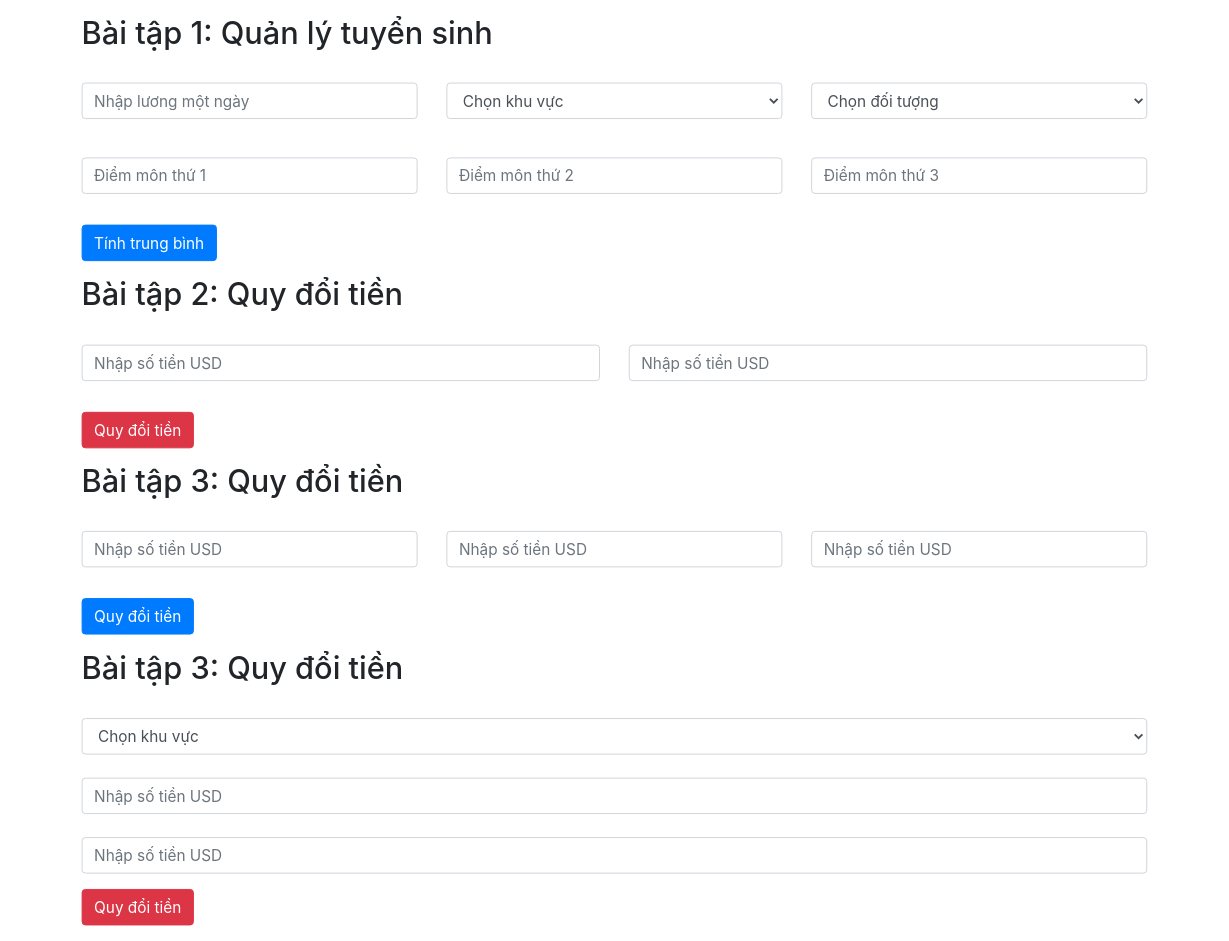
Repository: thanhfrankie/BC10-LeMinhThanh-Js-b5
Page: index.html
The author's editor kept a copy of each file at every save. The page is drawn from the files as they stood at one save, then again after a run of saves.
The browser window is 1280 px wide. The pictures show the whole page, at 96% of full size.

Above is the page before, as saved 2023-12-15 17:38:18.

### index.html
<!doctype html>
<html lang="en">
  <head>
    <title>Title</title>
    <!-- Required meta tags -->
    <meta charset="utf-8">
    <meta name="viewport" content="width=device-width, initial-scale=1, shrink-to-fit=no">

    <!-- Bootstrap CSS -->
    <link rel="stylesheet" href="https://stackpath.bootstrapcdn.com/bootstrap/4.3.1/css/bootstrap.min.css" integrity="sha384-ggOyR0iXCbMQv3Xipma34MD+dH/1fQ784/j6cY/iJTQUOhcWr7x9JvoRxT2MZw1T" crossorigin="anonymous">
  </head>
  <body>
   <!-- Bài tập 1 -->
   <div class="container ">
    <h2 class="mt-3">Bài tập 1: Quản lý tuyển sinh</h2>
    <div class="row">
        <div class="col-sm-4">
            <div class="form-group">
                <label for="luong-mot-ngay"></label>
                <input
                  type="number"
                  class="form-control"
                  name=""
                  id="luong-mot-ngay"
                  aria-describedby="helpId"
                  placeholder="Nhập lương một ngày"
                  required
                />
        </div>
    </div>
        <div class="col-sm-4">
            <div class="form-group">
                <label for=""></label>
                <select class="form-control" id="">
                    <option selected>Chọn khu vực</option>
                    <option>A</option>
                    <option>B</option>
                    <option>C</option>
                </select>
            </div>
        </div>
        <div class="col-sm-4">
            <div class="form-group">
                <label for=""></label>
                <select class="form-control" id="">
                    <option selected>Chọn đối tượng</option>
                    <option>1</option>
                    <option>2</option>
                    <option>3</option>
                </select>
            </div>
        </div>
    </div>
   <div class="row">
        <div class="col-sm-4">
            <div class="form-group">
                <label for="diem-mon-thu-1"></label>
                <input
                  type="number"
                  class="form-control"
                  name=""
                  id="diem-mon-thu-1"
                  aria-describedby="helpId"
                  placeholder="Điểm môn thứ 1"
                  required
                />
        </div>
        </div>
        <div class="col-sm-4">
            <div class="form-group">
                <label for="diem-mon-thu-2"></label>
                <input
                  type="number"
                  class="form-control"
                  name=""
                  id="diem-mon-thu-2"
                  aria-describedby="helpId"
                  placeholder="Điểm môn thứ 2"
                  required
                />
        </div>
        </div>
        <div class="col-sm-4">
            <div class="form-group">
                <label for="diem-mon-thu-3"></label>
                <input
                  type="number"
                  class="form-control"
                  name=""
                  id="diem-mon-thu-3"
                  aria-describedby="helpId"
                  placeholder="Điểm môn thứ 3"
                  required
                />
        </div>
        </div>
    </div>
    <button type="button" onclick="tinhTrungBinh()" class="btn btn-primary mt-3">
        Tính trung bình
      </button>
      <h3 id="ket-qua-trung-binh" class="text-success"></h3>
</div>
       <!-- Bài tập 2 -->
       <div class="container">
        <h2 class="mt-3">Bài tập 2: Quy đổi tiền</h2>
        <div class="row">
            <div class="col-sm-6">
                <div class="form-group">
                    <label for="so-luong-USD"></label>
                    <input
                      type="number"
                      class="form-control"
                      name=""
                      id="so-luong-USD"
                      aria-describedby="helpId"
                      placeholder="Nhập số tiền USD"
                      required
                    />


                  </div>
            </div>
            <div class="col-sm-6">
                <div class="form-group">

                    <label for="so-luong-USD"></label>
                    <input
                      type="number"
                      class="form-control"
                      name=""
                      id="so-luong-USD"
                      aria-describedby="helpId"
                      placeholder="Nhập số tiền USD"
                      required
                    />


            </div>
        </div>
    </div>
    <button type="button" onclick="quyDoiTien()" class="btn btn-danger mt-3">  Quy đổi tiền
    </button>

        <h3 id="so-luong-VND" class="text-success"></h3>
      </div>
        <!-- Bài tập 3-->
        <div class="container">
            <h2 class="mt-3">Bài tập 3: Quy đổi tiền</h2>
            <div class="row">
                <div class="col-sm-4">    <div class="form-group">
                    <label for="so-luong-USD"></label>
                    <input
                      type="text"
                      class="form-control"
                      name=""
                      id="so-luong-USD"
                      aria-describedby="helpId"
                      placeholder="Nhập số tiền USD"
                      required
                    />

                </div></div>
                <div class="col-sm-4">    <div class="form-group">

                  <label for="so-luong-USD"></label>
                  <input
                    type="number"
                    class="form-control"
                    name=""
                    id="so-luong-USD"
                    aria-describedby="helpId"
                    placeholder="Nhập số tiền USD"
                    required
                  />

                </div></div>
                <div class="col-sm-4">    <div class="form-group">

                  <label for="so-luong-USD"></label>
                  <input
                    type="number"
                    class="form-control"
                    name=""
                    id="so-luong-USD"
                    aria-describedby="helpId"
                    placeholder="Nhập số tiền USD"
                    required
                  />


            </div></div>
        </div>
        <button type="button" onclick="quyDoiTien()" class="btn btn-primary mt-3">
            Quy đổi tiền
        </button>
            <h3 id="so-luong-VND" class="text-success"></h3>
          </div>
        <!-- Bài tập 4-->
        <div class="container">
            <h2 class="mt-3">Bài tập 3: Quy đổi tiền</h2>

            <div class="form-group">
                <label for=""></label>
                <select class="form-control" id="">
                    <option selected>Chọn khu vực</option>
                    <option>A</option>
                    <option>B</option>
                    <option>C</option>
                </select>
                <label for="so-luong-USD"></label>
                <input
                  type="text"
                  class="form-control"
                  name=""
                  id="so-luong-USD"
                  aria-describedby="helpId"
                  placeholder="Nhập số tiền USD"
                  required
                />

              <label for="so-luong-USD"></label>
              <input
                type="number"
                class="form-control"
                name=""
                id="so-luong-USD"
                aria-describedby="helpId"
                placeholder="Nhập số tiền USD"
                required
              />

              <button type="button" onclick="quyDoiTien()" class="btn btn-danger mt-3">
               Quy đổi tiền
              </button>
            </div>
            <h3 id="so-luong-VND" class="text-success"></h3>
          </div>


    <!-- Optional JavaScript -->
    <!-- jQuery first, then Popper.js, then Bootstrap JS -->
    <script src="https://code.jquery.com/jquery-3.3.1.slim.min.js" integrity="sha384-q8i/X+965DzO0rT7abK41JStQIAqVgRVzpbzo5smXKp4YfRvH+8abtTE1Pi6jizo" crossorigin="anonymous"></script>
    <script src="https://cdnjs.cloudflare.com/ajax/libs/popper.js/1.14.7/umd/popper.min.js" integrity="sha384-UO2eT0CpHqdSJQ6hJty5KVphtPhzWj9WO1clHTMGa3JDZwrnQq4sF86dIHNDz0W1" crossorigin="anonymous"></script>
    <script src="https://stackpath.bootstrapcdn.com/bootstrap/4.3.1/js/bootstrap.min.js" integrity="sha384-JjSmVgyd0p3pXB1rRibZUAYoIIy6OrQ6VrjIEaFf/nJGzIxFDsf4x0xIM+B07jRM" crossorigin="anonymous"></script>
    <script src="./index.js"></script>
  </body>
</html>

### index.js
// Bài tập 1
/**
 * B1: tạo biến, lấy giá trị từ input
 * B2: Tính lương
 * + tạo biến để tính lương: lương 1 ngày * số ngày làm
 * + gán sự kiện click cho button
 * B3: hiển thị kết quả
 */





// Bài tập 2
/**
 * B1: tạo biến, lấy giá trị từ input
 * B2: Tính lương
 * + tạo biến để tính lương: lương 1 ngày * số ngày làm
 * + gán sự kiện click cho button
 * B3: hiển thị kết quả
 */




// Bài tập 3
/**
 * B1: tạo biến, lấy giá trị từ input
 * B2: Tính lương
 * + tạo biến để tính lương: lương 1 ngày * số ngày làm
 * + gán sự kiện click cho button
 * B3: hiển thị kết quả
 */

After the next 5 saves:
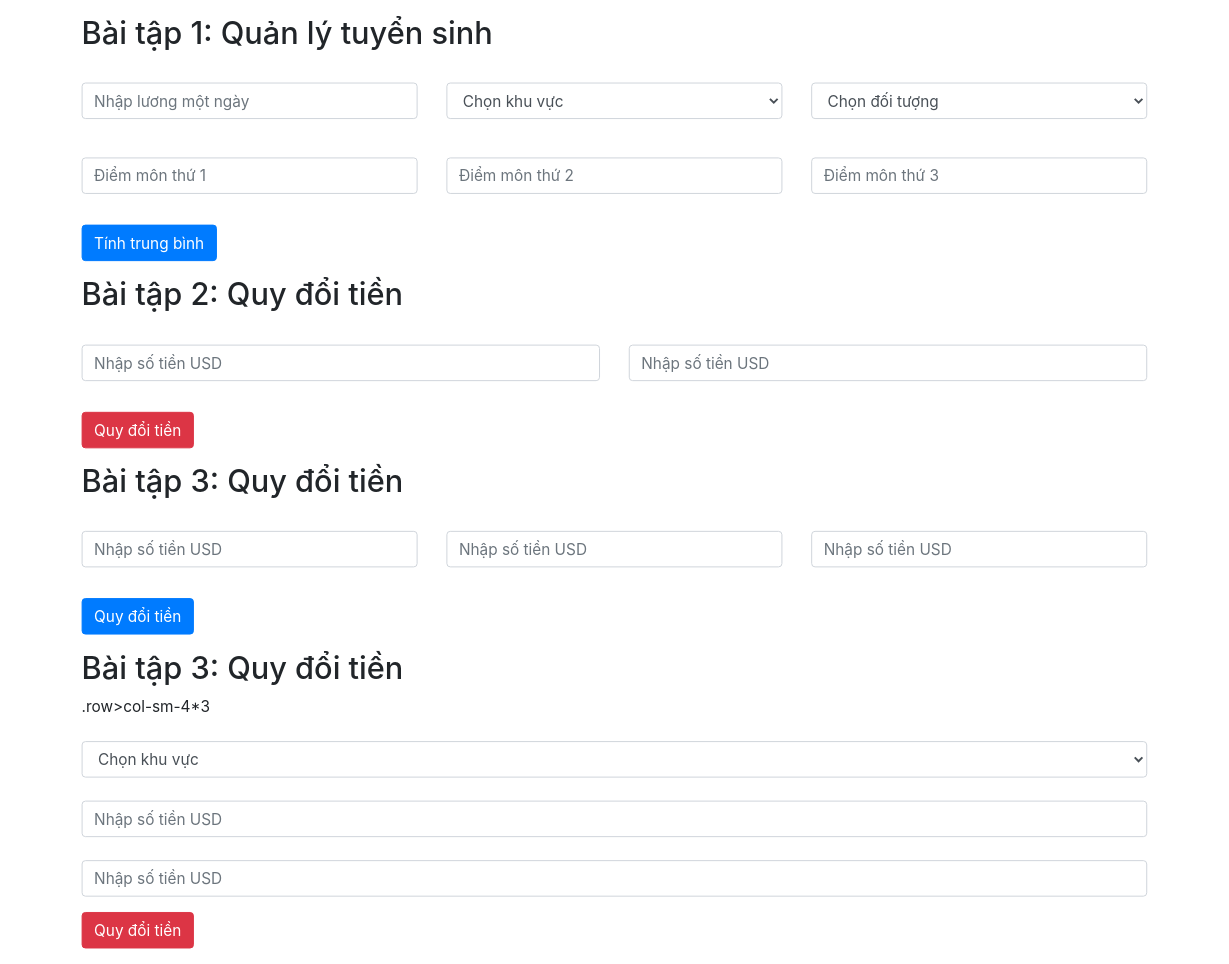
The 5 saves are shown as one change because they came seconds apart.
The last was saved 15 s later.
--- a/index.html
+++ b/index.html
@@ -198,7 +198,7 @@
         <!-- Bài tập 4-->
         <div class="container">
             <h2 class="mt-3">Bài tập 3: Quy đổi tiền</h2>
-
+            .row>col-sm-4*3
             <div class="form-group">
                 <label for=""></label>
                 <select class="form-control" id="">

After the 2 saves that followed:
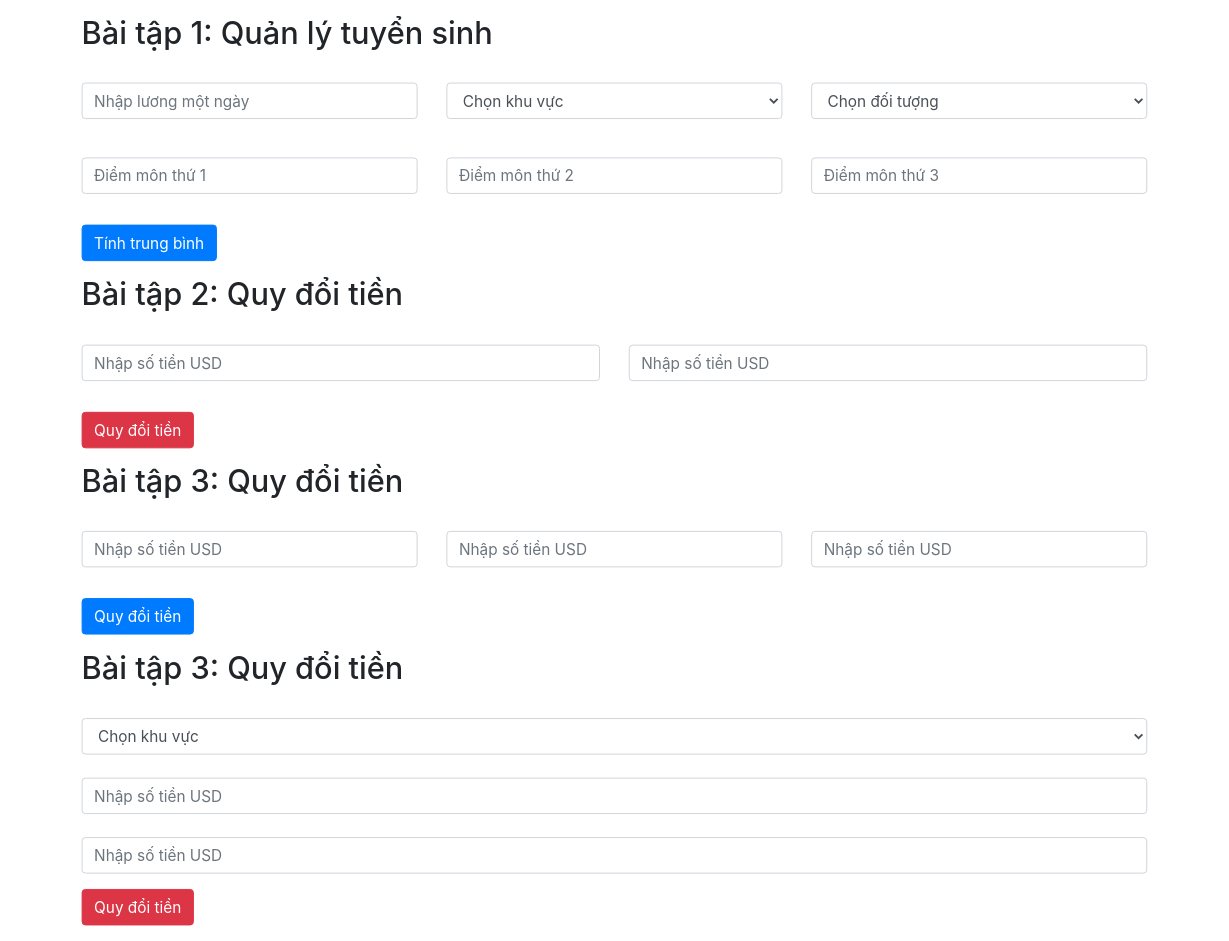
The 2 saves are shown as one change because they came seconds apart.
The last was saved 5 s later.
--- a/index.html
+++ b/index.html
@@ -198,7 +198,11 @@
         <!-- Bài tập 4-->
         <div class="container">
             <h2 class="mt-3">Bài tập 3: Quy đổi tiền</h2>
-            .row>col-sm-4*3
+            <div class="row">
+                <div class="col-sm-4"></div>
+                <div class="col-sm-4"></div>
+                <div class="col-sm-4"></div>
+            </div>
             <div class="form-group">
                 <label for=""></label>
                 <select class="form-control" id="">
